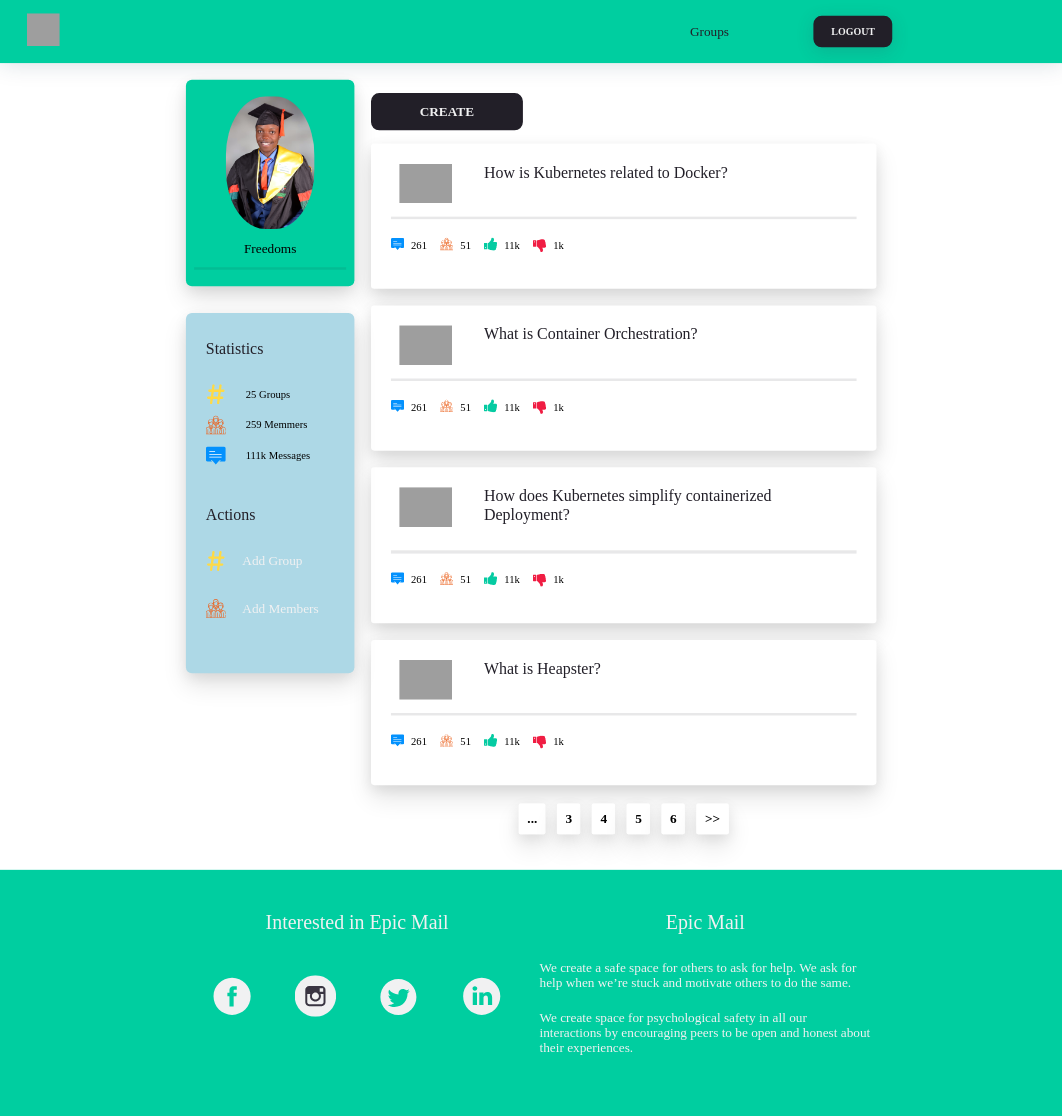
Repository: Gfreedoms/Epic-Mail
Page: pages/admin/profile.html
The author's editor kept a copy of each file at every save. The page is drawn from the files as they stood at one save, then again after the next save.
The browser window is 1280 px wide. The pictures show the whole page, at 83% of full size.
Pictures or frames that could not be fetched are drawn as grey boxes. Some web fonts or font styles are not loaded; a fallback is used.

Above is the page before, as saved 2019-02-28 07:00:44.

### pages/admin/profile.html
<!DOCTYPE html>
<html lang="en">

<head>
	<meta charset="UTF-8">
	<meta name="viewport" content="width=device-width, initial-scale=1.0">
	<meta http-equiv="X-UA-Compatible" content="ie=edge">
	<link rel="apple-touch-icon" sizes="180x180" href="../../assets/favicon/apple-touch-icon.png">
	<link rel="icon" type="image/png" sizes="32x32" href="../../assets/favicon/favicon-32x32.png">
	<link rel="icon" type="image/png" sizes="16x16" href="../../assets/favicon/favicon-16x16.png">
	<link rel="manifest" href="../../assets/favicon/site.webmanifest">
	<link rel="mask-icon" href="../../assets/favicon/safari-pinned-tab.svg" color="#5bbad5">
	<meta name="msapplication-TileColor" content="#da532c">
	<meta name="theme-color" content="#ffffff">
	<link rel="stylesheet" href="../../styles/base.css">
	<link rel="stylesheet" href="../../styles/format.css">
	<link rel="stylesheet" href="../../styles/profile.css">
	<link rel="stylesheet" href="../../styles/admin.css">
	<title>Admin Profile | Epic Mail - ANDELA BOOTCAMP</title>
</head>

<body>
	<!-- Navigation Section Starts -->
	<section id="navigation">
		<nav class="navbar">
			<a href="../../" id="nav-brand">
				<img src="../../assets/imgs/logo.svg" alt="">
			</a>
			<ul class="nav-menu">
				<li class="visibility"><a class="hover-t" href="./login.html">Login</a></li>

				<li><a class="hover-t" href="../groups.html">Groups</a></li>
				<li><a class="reg-btn box-sh-dark hover-lg" href="../../index.html">Logout</a></li>
			</ul>
			<a id="menu" href="">
				<img src="../../assets/imgs/menu.svg" alt="">
			</a>
		</nav>
	</section>
	<!-- Navigation Section Ends -->

	<!-- SideBar Nav -->
	<ul id="sidebar" class="navbar-side side-hidden">

		<li><a href="../questions.html">Groups</a></li>
		<li><a class="" href="../../index.html">Logout</a></li>
	</ul>

	<div class="container">
		<div id="v-wrapper">
			<div class="meta-wrapper">
				<div class="profile card">
					<img class="img mauto" src="../../assets/imgs/freedom.jpg" alt="">
					<div class="bio">
						<h3 class="username sm-text">Freedoms</h3>
					</div>
					<div class="divider"></div>

				</div>
				<div class="side">
					<div class="content card">
						<h3 class="md-text">Statistics</h3>
						<ul class="list-items">
							<li>
								<img src="../../assets/imgs/icons/hastag.svg" alt="">
								<span>25 Groups</span>
							</li>
							<li>
								<img src="../../assets/imgs/icons/people.svg" alt="">
								<span>259 Memmers</span>
							</li>
							<li>
								<img src="../../assets/imgs/icons/comment.svg" alt="">
								<span>111k Messages</span>
							</li>
						</ul>
					</br>
					</br>
						<h3 class="md-text">Actions</h3>
						<ul class="list-items">
							<li>
								<img src="../../assets/imgs/icons/hastag.svg" alt="">
								<div class = "labels">
									<a class="label_links" href="../create_group.html">
										<h3 class="sm-text">Add Group</h3>
									</a>
								</div>


							</li>
							<li>
								<img src="../../assets/imgs/icons/people.svg" alt="">
								<div class = "labels">
									<a class="label_links" href="../add-member.html">
										<h3 class="sm-text">Add Members</h3>
									</a>
								</div>


							</li>

						</ul>
					</div>
				</div>
			</div>
			<div class="meetups">
				<div class="intro">
					<a href="../create_group.html" class="btn">Create</a>
				</div>
				<div class="questions card-lg hover-lg">
					<div class="content pall-1">
						<div class="q-title">
							<img class="img mauto" height="2rem" src="https://issagoal.com.ng/wp-content/uploads/2019/01/user4.png" alt="">
							<div class="meta">
								<h3 class="md-text title">How is Kubernetes related to Docker?</h3>
							</div>
						</div>
						<div class="divider"></div>
						<div class="q-actions">
							<span>
								<a><img src="../../assets/imgs/icons/comment.svg" alt=""></a>
								261
							</span>
							<span>
								<a><img src="../../assets/imgs/icons/people.svg" alt=""></a>
								51
							</span>
							<span>
								<a><img src="../../assets/imgs/icons/upvote.svg" alt=""></a>
								11k
							</span>
							<span>
								<a><img src="../../assets/imgs/icons/downvote.svg" alt=""></a>
								1k
							</span>
						</div>
					</div>
				</div>
				<div class="questions card-lg hover-lg">
					<div class="content pall-1">
						<div class="q-title">
							<img class="img mauto" height="2rem" src="https://issagoal.com.ng/wp-content/uploads/2019/01/user1.png" alt="">
							<div class="meta">
								<h3 class="md-text title">What is Container Orchestration?</h3>
							</div>
						</div>
						<div class="divider"></div>
						<div class="q-actions">
							<span>
								<a><img src="../../assets/imgs/icons/comment.svg" alt=""></a>
								261
							</span>
							<span>
								<a><img src="../../assets/imgs/icons/people.svg" alt=""></a>
								51
							</span>
							<span>
								<a><img src="../../assets/imgs/icons/upvote.svg" alt=""></a>
								11k
							</span>
							<span>
								<a><img src="../../assets/imgs/icons/downvote.svg" alt=""></a>
								1k
							</span>
						</div>
					</div>
				</div>
				<div class="questions card-lg hover-lg">
					<div class="content pall-1">
						<div class="q-title">
							<img class="img mauto" height="2rem" src="https://issagoal.com.ng/wp-content/uploads/2019/01/user.png" alt="">
							<div class="meta">
								<h3 class="md-text title">How does Kubernetes simplify containerized Deployment?</h3>
							</div>
						</div>
						<div class="divider"></div>
						<div class="q-actions">
							<span>
								<a><img src="../../assets/imgs/icons/comment.svg" alt=""></a>
								261
							</span>
							<span>
								<a><img src="../../assets/imgs/icons/people.svg" alt=""></a>
								51
							</span>
							<span>
								<a><img src="../../assets/imgs/icons/upvote.svg" alt=""></a>
								11k
							</span>
							<span>
								<a><img src="../../assets/imgs/icons/downvote.svg" alt=""></a>
								1k
							</span>
						</div>
					</div>
				</div>
				<div class="questions card-lg hover-lg">
					<div class="content pall-1">
						<div class="q-title">
							<img class="img mauto" height="2rem" src="https://issagoal.com.ng/wp-content/uploads/2019/01/user3.png" alt="">
							<div class="meta">
								<h3 class="md-text title">What is Heapster?</h3>
							</div>
						</div>
						<div class="divider"></div>
						<div class="q-actions">
							<span>
								<a><img src="../../assets/imgs/icons/comment.svg" alt=""></a>
								261
							</span>
							<span>
								<a><img src="../../assets/imgs/icons/people.svg" alt=""></a>
								51
							</span>
							<span>
								<a><img src="../../assets/imgs/icons/upvote.svg" alt=""></a>
								11k
							</span>
							<span>
								<a><img src="../../assets/imgs/icons/downvote.svg" alt=""></a>
								1k
							</span>
						</div>
					</div>
				</div>
				<div class="pagination">
					<span class="card hover-lg hover-t">...</span>
					<span class="card hover-lg hover-t">3</span>
					<span class="card hover-lg hover-t">4</span>
					<span class="card hover-lg hover-t">5</span>
					<span class="card hover-lg hover-t">6</span>
					<span class="card hover-lg hover-t">>></span>
				</div>
			</div>
		</div>
	</div>

	<footer class="bg-secondary">
		<div class="container">
			<div class="info-about">
				<h3 class="md-text">Interested in Epic Mail</h3>
				<div class="social-links">
					<a><img src="../../assets/imgs/icons/facebook.svg" alt=""></a>
					<a><img src="../../assets/imgs/icons/instagram.svg" alt=""></a>
					<a><img src="../../assets/imgs/icons/twitter.svg" alt=""></a>
					<a><img src="../../assets/imgs/icons/linkedin.svg" alt=""></a>
				</div>
			</div>
			<div class="additional-info">
				<h3 class="md-text">Epic Mail</h3>
				<p class="sm-text">
					We create a safe space for others to ask for help.
					We ask for help when we’re stuck and motivate others to do the same.
				</p>
				<p class="sm-text">
					We create space for psychological safety in all our interactions by encouraging peers to be open and honest about
					their experiences.
				</p>
			</div>
		</div>
	</footer>
	<script src="../../scripts/index.js"></script>
	<script src="../../scripts/admin.js"></script>
</body>

</html>

### styles/format.css
.is-danger {
	color: red;
}

.divider {
	height: 0.2rem;
	background: #221F28;
	opacity: 0.1;
	margin: 1rem auto;
	width: 100%;
}

table {
	width: 750px;
	border-collapse: collapse;
	margin: 50px auto;
}

/* Zebra striping */
tr:nth-of-type(odd) {
	background: #eee;
}

th {
	background: #221F28;
	color: white;
	font-weight: bold;
}

td,
th {
	padding: 10px;
	border: 1px solid #ccc;
	text-align: left;
	font-size: 18px;
}

@media only screen and (max-width: 760px),
(min-device-width: 768px) and (max-device-width: 1024px) {

	table {
		width: 100%;
	}

	/* Force table to not be like tables anymore */
	table,
	thead,
	tbody,
	th,
	td,
	tr {
		display: block;
	}

	thead tr {
		position: absolute;
		top: -9999px;
		left: -9999px;
	}

	tr {
		border: 1px solid #ccc;
	}

	td {
		border: none;
		border-bottom: 1px solid #eee;
		position: relative;
		padding-left: 50%;
	}

	td:before {
		position: absolute;
		/* Top/left values mimic padding */
		top: 6px;
		left: 6px;
		width: 45%;
		padding-right: 10px;
		white-space: nowrap;
		/* Label the data */
		content: attr(data-column);

		color: #000;
		font-weight: bold;
	}

	tbody tr {
		padding: 1rem;
	}
}

.m1 {
	margin-top: 0.8rem !important;
	margin-bottom: 0.8rem !important;
}

.pagination {
	text-align: center;
	margin: 2rem auto;
}

.pagination span {
	padding: 10px;
	border-radius: 2px;
	font-family: 'Circular-Book';
	font-weight: 600;
	font-size: 1rem;
	margin: 0 5px;
}

@media screen and (min-width: 1680px) {
	.reg-btn {
		padding: 1.5rem 1.6rem 1.5rem;
		font-size: 1rem;
	}

	.input {
		margin-top: 2rem;
	}

	.nav-menu a.hover-t {
		font-size: 1.4rem !important;
	}
}

### styles/profile.css
#v-wrapper {
	display: grid;
	grid-template-columns: 1fr 3fr;
	grid-gap: 20px;
	padding: 20px 0;
}

div.content.card {
	background: lightblue;
	padding: 2rem 1.5rem;
	margin-bottom: 20px;
}

.profile {
	display: grid;
	padding: 20px 10px;
	background-color:#00cea0;
}

.user_side_bar{

    margin-left: -9px;
    border-radius: .45rem;
    margin-top: 40px;
    background: #00cea0;
    padding: 20px 10px;
    margin-bottom: 20px;
    box-shadow: 0 15px 30px 0 rgba(0, 0, 0, .11), 0 5px 15px 0 rgba(0, 0, 0, .08);
    margin-right: -9px;
}


.profile.user {
	max-height: 25%;
}

.labels{
	margin-top: 3px;
    margin-left: 20px;
}

#v-wrapper>div.profile.card>div.divider {
	width: 100%;
}

.stats {
	display: grid;
	grid-template-columns: 1fr 1fr;
}

.stats h3 {
	color: #221F28;
	font-weight: 800;
	font-family: "Circular-Book";
}

.profile .img {
    height: 160px;
    width: auto;
    border-radius: 45%
}

.profile span {
	text-align: center;
	font-size: 0.5rem;
	color: grey;
	text-transform: uppercase;
}

span .sm-text {
	margin-bottom: 0;
}

.label_links{
	color: #221F28;
}

.questions {
	padding: 1.5rem;
	margin-bottom: 20px;
}

.questions h3 {
	color: #221F28;
	margin-bottom: 1rem;
}

.questions .divider {
	margin-left: 0;
	margin-top: 0.5rem;
}

.q-link h3 {
	font-family: 'Circular-Book';
	font-weight: 800;
	font-size: 0.7rem;
	text-transform: uppercase;
	color: #00cea0;
}

.q-link:hover h3 {
	color: #F01D43;
}

.q-actions {
	display: block;
	margin: 20px 0;
	height: auto;
}

.q-actions img {
	height: 1rem;
	position: relative;
	top: 2px;
}

.q-actions span {
	margin-right: 1rem;
	font-family: 'Circular-Book';
	font-size: 0.8rem;
}

.q-actions span a {
	margin-right: 5px;
}

.q-actions span:nth-child(2) img,
.q-actions span:nth-child(3) img {
	position: relative;
	top: 2px;
}

.q-actions span:nth-child(4) img {
	position: relative;
	top: 4px;
}

.divider {
	margin-bottom: 0;
	margin-top: 0.5rem;
}

.username {
	color: inherit;
	font-family: 'Circular-Book';
	text-align: center;
	margin: 15px 0 5px;
}

.meta-wrapper {
	grid-template-rows: 1fr 9fr;
}

.list-items {
	text-decoration: none;
}

.list-items li {
	display: grid;
	grid-template-columns: 1fr 9fr;
	margin: 0.8rem 0;
}

.list-items span {
	font-family: 'Circular-Book';
	font-size: 0.8rem;
	position: relative;
	top: 5px;
	margin-left: 1.5rem;

}

.list-items img {
	height: 1.5rem;
}

div.content.card {
	padding: 2rem 1.5rem;
	margin-bottom: 20px;
}

.content .md-text {
	color: #221F28;
    font-size: 1rem;

}

.actions {
	/* width: 0%; */
	display: grid;
	grid-template-columns: 0.5fr 1fr 1fr;
	grid-gap: 10px;
	align-items: center;
}

.actions h3 {
	margin-bottom: 0;
}

.actions a {
	font-family: 'Circular-Book';
	font-size: 0.8rem;
	padding: 0.5rem 0.6rem;
	text-align: center;
	color: #fff;
	border-radius: 10px;
}

@media (min-width: 1680px) {
	.profile {
		height: 300px !important;
	}

	.profile span {
		font-size: 0.8rem;
		margin: 10px 0 0;
		font-weight: 800;
	}

	.list-items span {
		font-family: 'Circular-Book' !important;
		font-size: 1rem !important;
	}
}

.q-title {
	display: grid;
	grid-template-columns: 15% 80%;
	grid-gap: 5%;
	margin-bottom: 1rem;
}

.q-title img {
	height: 3rem;
}

@media (max-width: 576px) {
	.profile.user {
		max-height: 200px;
	}

	.q-actions {
		display: grid;
		grid-template-columns: 1fr;
		grid-row-gap: 3px;
	}

	#v-wrapper {
		grid-template-columns: 1fr;
	}

	#v-wrapper .divider {
		display: none;
	}

	.profile {
		padding: 20px 10px;
		height: auto;
		grid-template-columns: 1fr 2fr;
	}

	.stats {
		align-items: flex-end;
	}
	.user_side_bar{
		max-height: 200px;
		padding: 20px 10px;
		height: auto;
		grid-template-columns: 1fr 2fr;
	}
}

### styles/admin.css
.intro a {
	width: 30%;
}

.intro h3 {
	color: #221F28;
	margin-bottom: 1rem;
}

.btn {
	background: #221F28;
	color: #F1F1F2;
	padding: 1rem 0;
	margin: 1rem 0;
	text-transform: uppercase;
	font-size: 1rem;
	border-radius: 10px;
	-webkit-border-radius: 10px;
	-moz-border-radius: 10px;
}

.q-actions {
	display: flex;
	flex-direction: row;
	margin: 20px 0;
	height: auto;
}

.q-actions img {
	height: 1rem;
	position: relative;
	top: 2px;
}

.q-actions span {
	margin-right: 1rem;
	font-family: 'Circular-Book';
	font-size: 0.8rem;
}

.q-actions span a {
	margin-right: 5px;
}

.q-actions span:nth-child(2) img,
.q-actions span:nth-child(3) img {
	position: relative;
	top: 2px;
}

.q-actions span:nth-child(4) img {
	position: relative;
	top: 4px;
}

.divider {
	margin-bottom: 0;
	margin-top: 0.5rem;
}

.username {
	color: inherit;
	font-family: 'Circular-Book';
	text-align: center;
	margin: 15px 0 5px;
}

.meta-wrapper {
	grid-template-rows: 1fr 9fr;
}

.list-items {
	text-decoration: none;
}

.list-items li {
	display: grid;
	grid-template-columns: 1fr 9fr;
	margin: 0.8rem 0;
}

.list-items span {
	font-family: 'Circular-Book';
	font-size: 0.8rem;
	position: relative;
	top: 5px;
	margin-left: 1.5rem;

}

.list-items img {
	height: 1.5rem;
}

div.content.card {
	background: lightblue;
	padding: 2rem 1.5rem;
	margin-bottom: 20px;
}

.content .md-text {
	color: #221F28;
	font-size: 1.2rem;
}

.actions {
	/* width: 0%; */
	display: grid;
	grid-template-columns: 0.5fr 1fr 1fr;
	grid-gap: 10px;
	align-items: center;
}

.actions h3 {
	margin-bottom: 0;
}

.actions a {
	font-family: 'Circular-Book';
	font-size: 0.8rem;
	padding: 0.5rem 0.6rem;
	text-align: center;
	color: #fff;
	border-radius: 10px;
}

### styles/fonts.css
@font-face {
	font-family: "Circular-Light";
	src:
		url("../assets/fonts/Circular-Light.woff") format("woff");
}
@font-face {
	font-family: "Circular-Book";
	src:
		url("../assets/fonts/Circular-Book.woff") format("woff");
}
@font-face {
	font-family: "Circular-Bold";
	src:
		url("../assets/fonts/Circular-Bold.woff") format("woff");
}

* {
	font-family: 'Circular-Light';
}

Loaded but not shown: scripts/index.js (10 lines, source omitted); scripts/admin.js (9 lines, source omitted); styles/base.css (742 lines, source omitted)

After the next save:
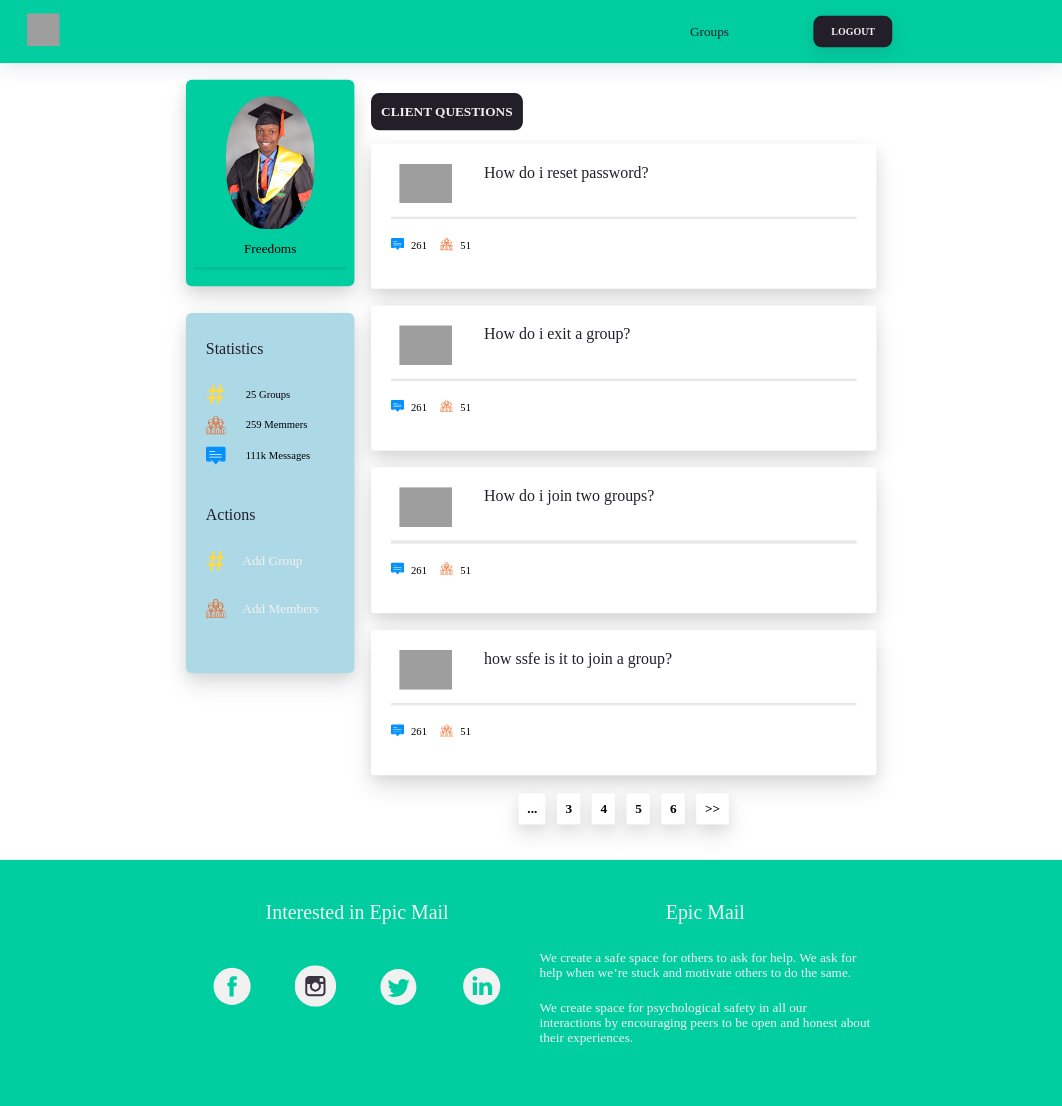
Saved 4 min 52 s later.
--- a/pages/admin/profile.html
+++ b/pages/admin/profile.html
@@ -105,34 +105,27 @@
 			</div>
 			<div class="meetups">
 				<div class="intro">
-					<a href="../create_group.html" class="btn">Create</a>
+					<a href="#" class="btn">Client Questions</a>
 				</div>
 				<div class="questions card-lg hover-lg">
 					<div class="content pall-1">
 						<div class="q-title">
 							<img class="img mauto" height="2rem" src="https://issagoal.com.ng/wp-content/uploads/2019/01/user4.png" alt="">
 							<div class="meta">
-								<h3 class="md-text title">How is Kubernetes related to Docker?</h3>
-							</div>
-						</div>
-						<div class="divider"></div>
-						<div class="q-actions">
-							<span>
-								<a><img src="../../assets/imgs/icons/comment.svg" alt=""></a>
-								261
-							</span>
-							<span>
-								<a><img src="../../assets/imgs/icons/people.svg" alt=""></a>
-								51
-							</span>
-							<span>
-								<a><img src="../../assets/imgs/icons/upvote.svg" alt=""></a>
-								11k
-							</span>
-							<span>
-								<a><img src="../../assets/imgs/icons/downvote.svg" alt=""></a>
-								1k
-							</span>
+								<h3 class="md-text title">How do i reset password?</h3>
+							</div>
+						</div>
+						<div class="divider"></div>
+						<div class="q-actions">
+							<span>
+								<a><img src="../../assets/imgs/icons/comment.svg" alt=""></a>
+								261
+							</span>
+							<span>
+								<a><img src="../../assets/imgs/icons/people.svg" alt=""></a>
+								51
+							</span>
+
 						</div>
 					</div>
 				</div>
@@ -141,27 +134,20 @@
 						<div class="q-title">
 							<img class="img mauto" height="2rem" src="https://issagoal.com.ng/wp-content/uploads/2019/01/user1.png" alt="">
 							<div class="meta">
-								<h3 class="md-text title">What is Container Orchestration?</h3>
-							</div>
-						</div>
-						<div class="divider"></div>
-						<div class="q-actions">
-							<span>
-								<a><img src="../../assets/imgs/icons/comment.svg" alt=""></a>
-								261
-							</span>
-							<span>
-								<a><img src="../../assets/imgs/icons/people.svg" alt=""></a>
-								51
-							</span>
-							<span>
-								<a><img src="../../assets/imgs/icons/upvote.svg" alt=""></a>
-								11k
-							</span>
-							<span>
-								<a><img src="../../assets/imgs/icons/downvote.svg" alt=""></a>
-								1k
-							</span>
+								<h3 class="md-text title">How do i exit a group?</h3>
+							</div>
+						</div>
+						<div class="divider"></div>
+						<div class="q-actions">
+							<span>
+								<a><img src="../../assets/imgs/icons/comment.svg" alt=""></a>
+								261
+							</span>
+							<span>
+								<a><img src="../../assets/imgs/icons/people.svg" alt=""></a>
+								51
+							</span>
+
 						</div>
 					</div>
 				</div>
@@ -170,27 +156,20 @@
 						<div class="q-title">
 							<img class="img mauto" height="2rem" src="https://issagoal.com.ng/wp-content/uploads/2019/01/user.png" alt="">
 							<div class="meta">
-								<h3 class="md-text title">How does Kubernetes simplify containerized Deployment?</h3>
-							</div>
-						</div>
-						<div class="divider"></div>
-						<div class="q-actions">
-							<span>
-								<a><img src="../../assets/imgs/icons/comment.svg" alt=""></a>
-								261
-							</span>
-							<span>
-								<a><img src="../../assets/imgs/icons/people.svg" alt=""></a>
-								51
-							</span>
-							<span>
-								<a><img src="../../assets/imgs/icons/upvote.svg" alt=""></a>
-								11k
-							</span>
-							<span>
-								<a><img src="../../assets/imgs/icons/downvote.svg" alt=""></a>
-								1k
-							</span>
+								<h3 class="md-text title">How do i join two groups?</h3>
+							</div>
+						</div>
+						<div class="divider"></div>
+						<div class="q-actions">
+							<span>
+								<a><img src="../../assets/imgs/icons/comment.svg" alt=""></a>
+								261
+							</span>
+							<span>
+								<a><img src="../../assets/imgs/icons/people.svg" alt=""></a>
+								51
+							</span>
+
 						</div>
 					</div>
 				</div>
@@ -199,27 +178,20 @@
 						<div class="q-title">
 							<img class="img mauto" height="2rem" src="https://issagoal.com.ng/wp-content/uploads/2019/01/user3.png" alt="">
 							<div class="meta">
-								<h3 class="md-text title">What is Heapster?</h3>
-							</div>
-						</div>
-						<div class="divider"></div>
-						<div class="q-actions">
-							<span>
-								<a><img src="../../assets/imgs/icons/comment.svg" alt=""></a>
-								261
-							</span>
-							<span>
-								<a><img src="../../assets/imgs/icons/people.svg" alt=""></a>
-								51
-							</span>
-							<span>
-								<a><img src="../../assets/imgs/icons/upvote.svg" alt=""></a>
-								11k
-							</span>
-							<span>
-								<a><img src="../../assets/imgs/icons/downvote.svg" alt=""></a>
-								1k
-							</span>
+								<h3 class="md-text title">how ssfe is it to join a group?</h3>
+							</div>
+						</div>
+						<div class="divider"></div>
+						<div class="q-actions">
+							<span>
+								<a><img src="../../assets/imgs/icons/comment.svg" alt=""></a>
+								261
+							</span>
+							<span>
+								<a><img src="../../assets/imgs/icons/people.svg" alt=""></a>
+								51
+							</span>
+
 						</div>
 					</div>
 				</div>
